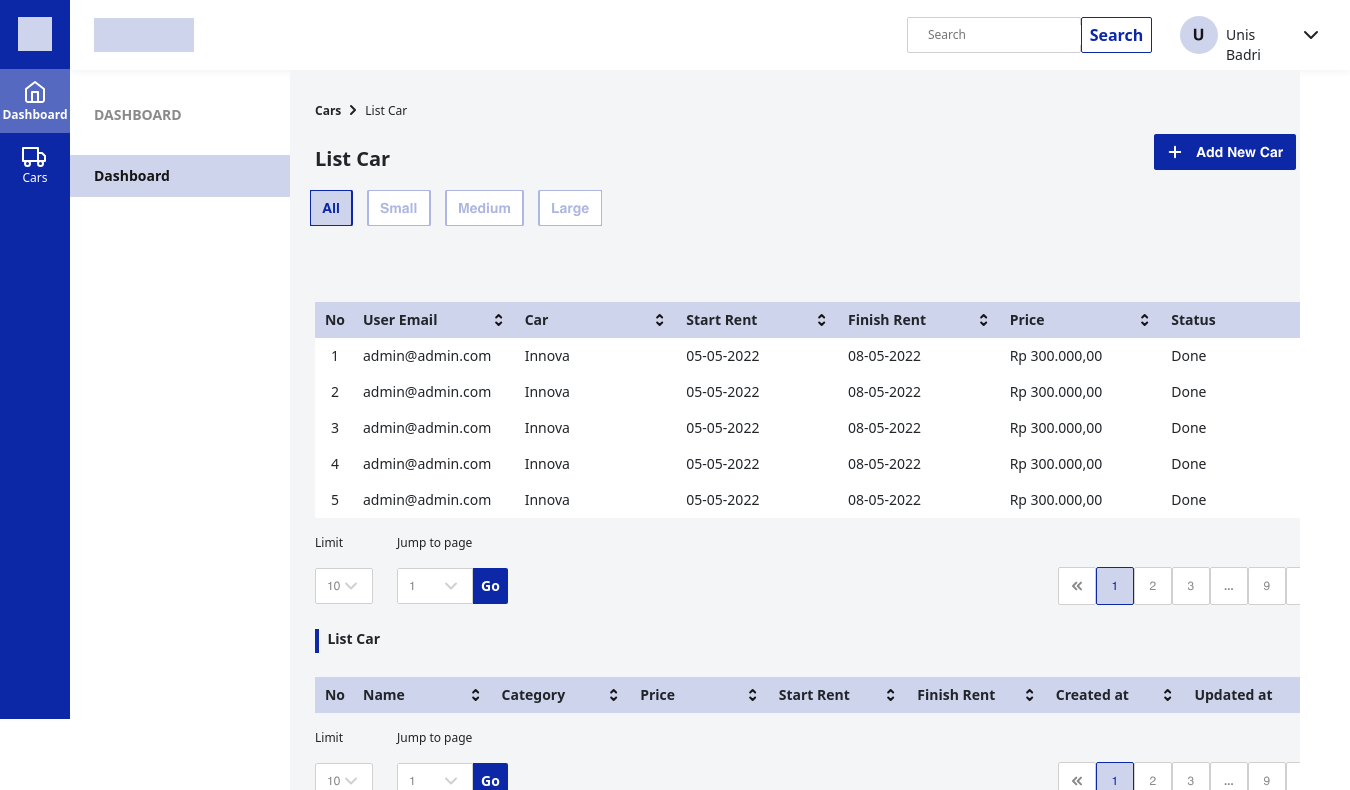
Repository: farrelmuhammad/challenge-7-binar
Page: /carlist
The author's editor kept a copy of each file at every save. The page is drawn from the files as they stood at one save, then again after the next save.
The browser window is 1280 px wide. The page is 1350 px wide, so the pictures cover 1350 px, including what lies to the right of the window. The pictures show the whole page.
The project was rebuilt for these pictures with package versions that can differ from the ones it lists, and the page was loaded fresh each time. Also part of the build but not shown: src/component/navbar.js, src/component/header.js, src/component/footer.js, src/App.js, src/component/admin/Dashboard/index.jsx, src/pages/admin/Dashboard.js, src/component/searchForm.js, src/pages/cars.js.

Above is the page before, as saved 2022-05-27 19:33:14.

After the next save:
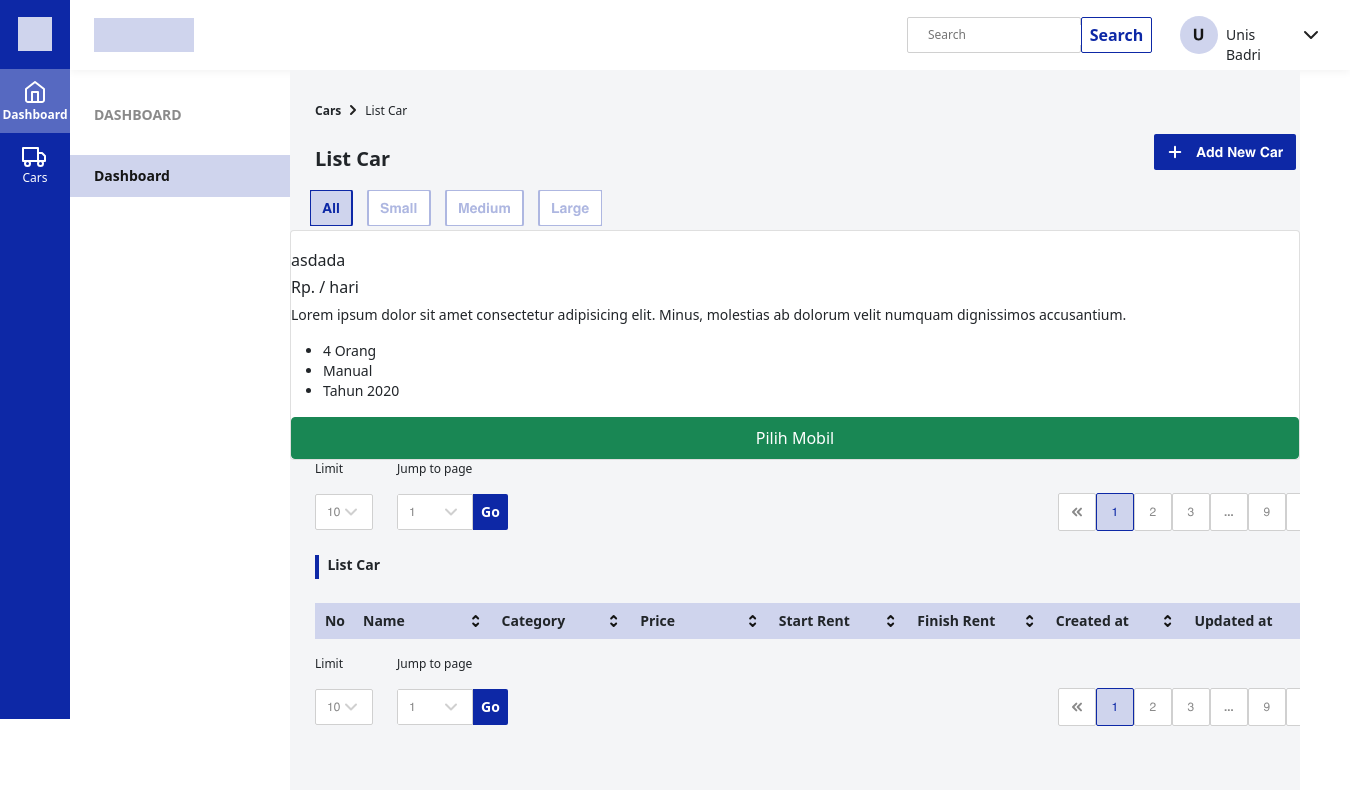
Saved 6 min 48 s later.
--- a/src/component/admin/Cars/index.jsx
+++ b/src/component/admin/Cars/index.jsx
@@ -1,4 +1,5 @@
 
+import { Link } from "react-router-dom";
 import "./Content.css";
 
 const CarsListContent= () => {
@@ -72,56 +73,22 @@ const CarsListContent= () => {
         </div>
 
         {/* order table */}
-        <div className="list-table">
-          <table className="table table-borderless" id="dashTab">
-            <thead>
-              <tr>
-                <th style={{ textAlign: "center" }}>No</th>
-                <th>
-                  User Email
-                  <img className="sort" src="img/sort.svg" alt="sort" />
-                </th>
-                <th>
-                  Car
-                  <img className="sort" src="img/sort.svg" alt="sort" />
-                </th>
-                <th>
-                  Start Rent
-                  <img className="sort" src="img/sort.svg" alt="sort" />
-                </th>
-                <th>
-                  Finish Rent
-                  <img className="sort" src="img/sort.svg" alt="sort" />
-                </th>
-                <th>
-                  Price
-                  <img className="sort" src="img/sort.svg" alt="sort" />
-                </th>
-                <th>
-                  Status
-                  <img className="sort" src="img/sort.svg" alt="sort" />
-                </th>
-              </tr>
-            </thead>
-            <tbody>
-              {dataOrder?.map((order, i) => (
-                <>
-                  <tr key={order.id}>
-                    <td style={{ textAlign: "center" }}>
-                      {i + 1}
-                    </td>
-                    <td>{order.email}</td>
-                    <td>{order.car}</td>
-                    <td>{order.start}</td>
-                    <td>{order.finish}</td>
-                    <td>{order.price}</td>
-                    <td>{order.status}</td>
-                  </tr>
-                </>
-              ))}
-            </tbody>
-          </table>
+        <div className="card">
+        <div className="image">
+            <img src="" alt="" />
         </div>
+        <div className="info">
+            <h6>asdada</h6>
+            <h6 className="price">Rp. / hari</h6>
+            <p>Lorem ipsum dolor sit amet consectetur adipisicing elit. Minus, molestias ab dolorum velit numquam dignissimos accusantium.</p>
+            <ul>
+                <li>4 Orang</li>
+                <li>Manual</li>
+                <li>Tahun 2020</li>
+            </ul>
+            <Link to='/' className="btn btn-success nav-link text-white">Pilih Mobil</Link>
+        </div>
+    </div>
 
         {/* table navigation */}
         <div className="table-nav">
